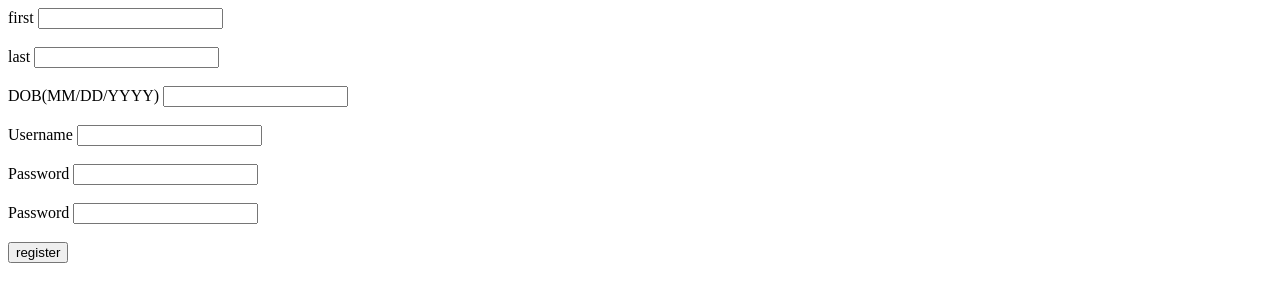
Repository: TraceMears/PerScholas
Page: http://localhost/SalahCookieExercise/Register.jsp
An editor plug-in stored every save of this project. The page is shown before and after the next save, followed by the edit.
The browser window is 1280 px wide. The pictures show the whole page.
The page is served by Tomcat 9.

Above is the page before, as saved 2019-10-30 19:54:44.

After the next save:
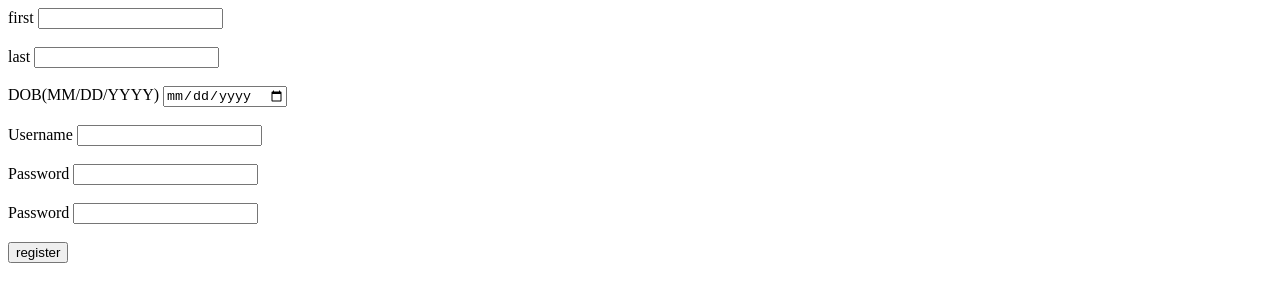
Saved 117 s later.
--- a/SalahCookieExercise/WebContent/Register.jsp
+++ b/SalahCookieExercise/WebContent/Register.jsp
@@ -70,7 +70,7 @@
         <br/> <br/>
 
         <label for="date of birth">DOB(MM/DD/YYYY)</label>
-        <input type="text" name="dob" />
+        <input type="date" name="dob" />
         <br/> <br/>
 
         <label for="username">Username</label>
